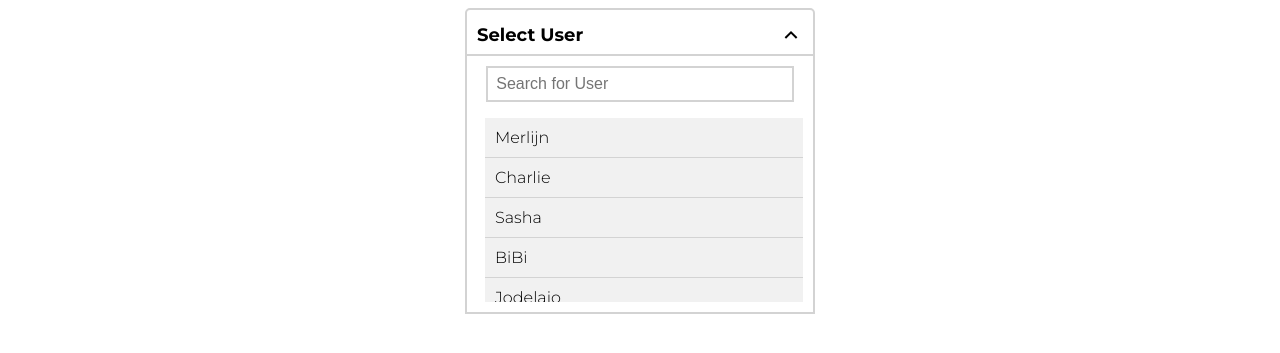
Repository: jodelajo/nuxt-filter-tutorial
Page: /
These files come from the project's save history. The page is drawn as it stood at one moment and after the next save; the edit follows.
The browser window is 1280 px wide. The pictures show the whole page.
The project was rebuilt for these pictures with package versions that can differ from the ones it lists, and the page was loaded fresh each time. The framework's server and built-in components were replaced by stand-ins that run in the browser. Also part of the build but not shown: nuxt.config.js, components/NuxtLogo.vue, components/Tutorial.vue.

Above is the page before, as saved 2021-12-11 13:46:12.

After the next save:
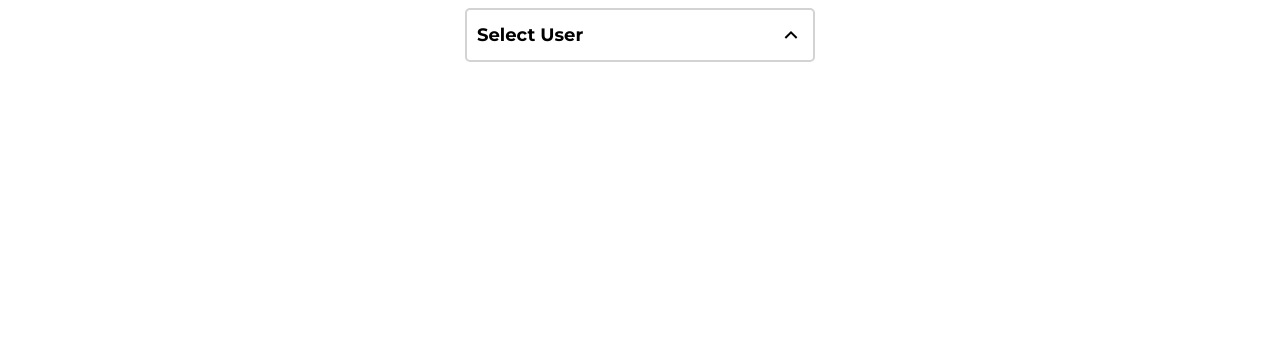
Saved 69 s later.
--- a/pages/index.vue
+++ b/pages/index.vue
@@ -16,7 +16,7 @@
           />
         </svg>
       </div>
-      <div class="dropdown-popover">
+      <div v-if="isVisible" class="dropdown-popover">
         <input
           v-model="searchQuery"
           type="text"
